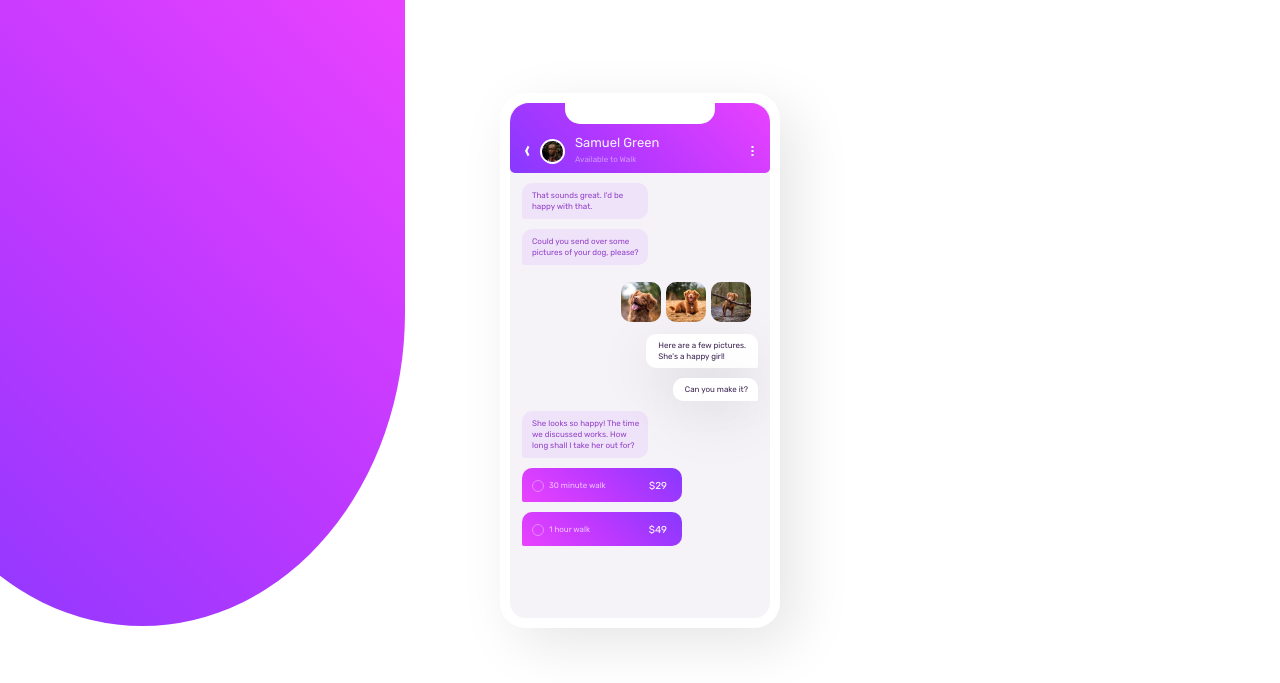
Repository: KamoliddinGIT/chat-app-css-illustration
Page: index.html
An editor plug-in stored every save of this project. The page is shown before and after the next save, followed by the edit.
The browser window is 1280 px wide. The pictures show the whole page.

Above is the page before, as saved 2023-09-25 18:38:16.

After the next save:
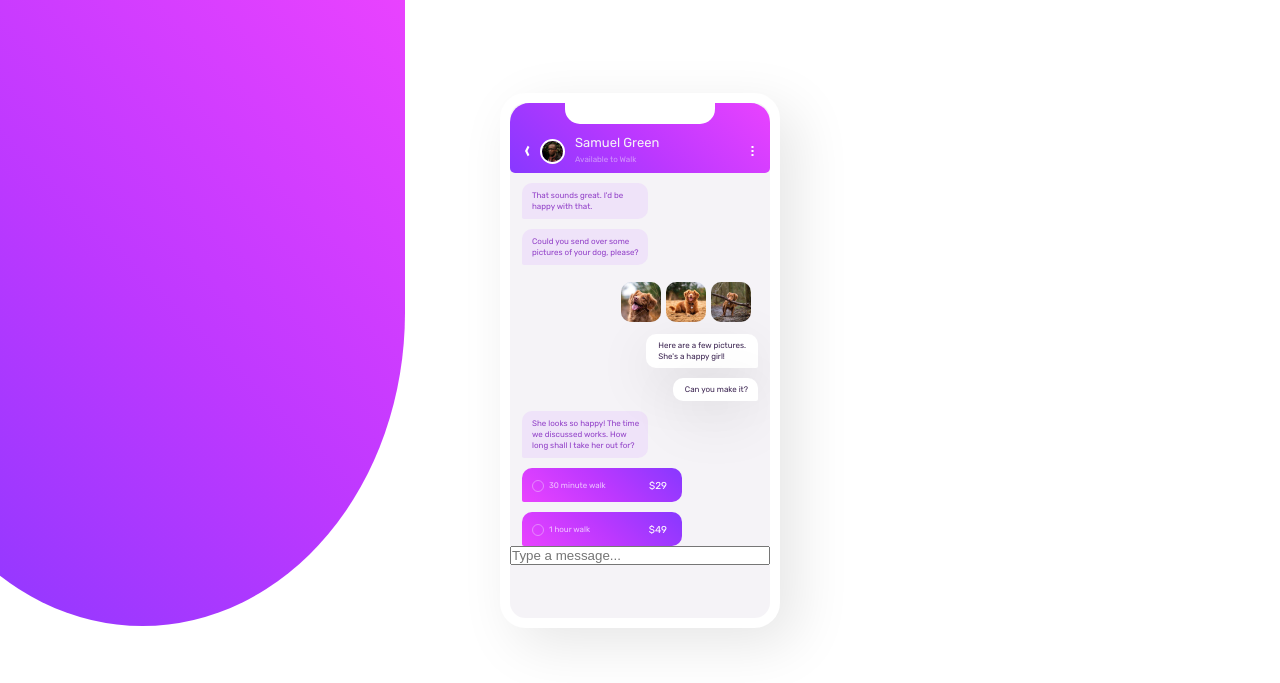
Saved 59 s later.
--- a/index.html
+++ b/index.html
@@ -69,6 +69,7 @@
             <span class="times">1 hour walk </span>
             <div class="price">$49</div>
           </div>
+          <input type="text" placeholder="Type a message..." />
         </div>
       </div>
     </div>
